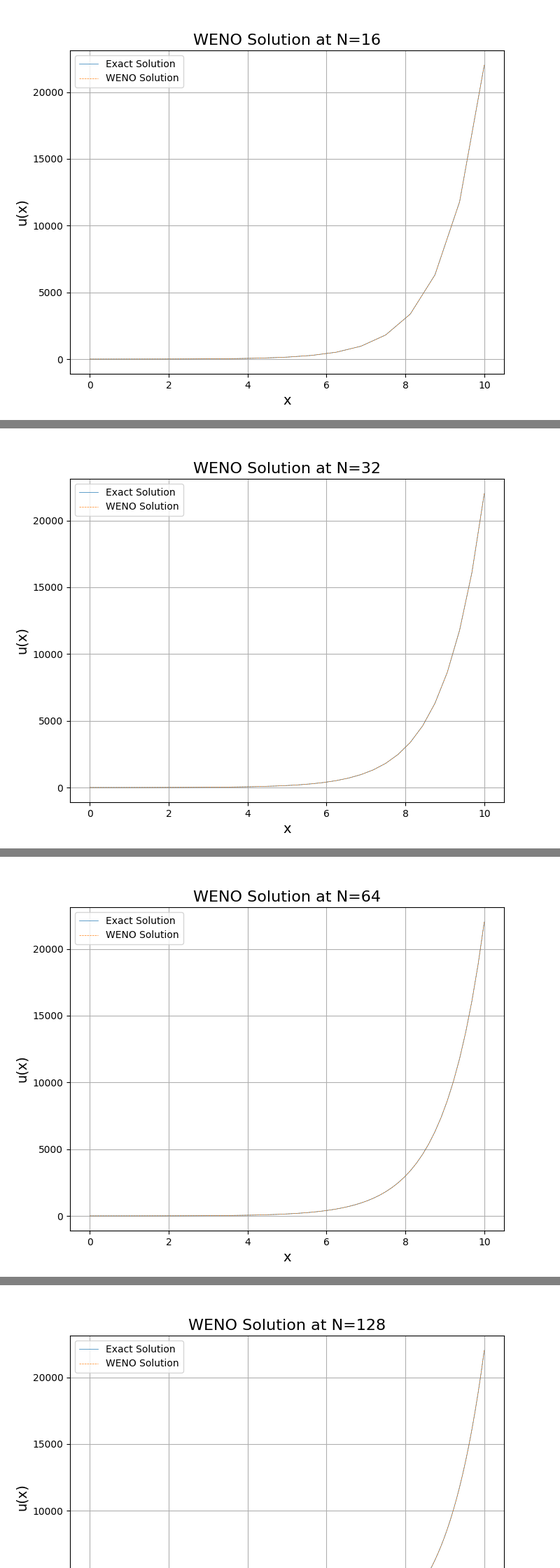
Repository: mishiroo/WENO
Script's output: python main.py
These files come from the project's save history. The script's output is drawn as it stood at one moment and after the next save; the edit follows.
The pictures show rows 0 to 2240 of an output 3048 px tall, at 70% of full size.
Each picture stacks the figures in order, with grey between them; figures that are only written to a file come last. Random numbers start from a fixed seed.

Above is the script's output before, as saved 2024-12-12 21:17:32.

### main.py
import WENO
import ErrorAnalysis as EA
import numpy as np

# 计算误差阶
# N: Num of cells 网格密度太大 机器误差会影响收敛
NList = [16, 32, 64, 128, 256]
# 存储计算结果
l2_err_list = []
linf_err_list = []
solution_list = []

for n in NList:
    mesh = WENO.Mesh(0, 10, n)  # 实例化的Mesh mesh.mesh访问网格本身
    mesh.SetTestAverageValues()
    theo_values = np.exp(mesh.mesh)
    weno = WENO.WENO1D(mesh=mesh.mesh, avg_values=mesh.avg_values, k=3)

    # weno5_solution = weno.Reconstruct()
    # 模板为5的计算结果
    # weno5_solution = weno.StencilReconstruct_all()
    weno.Reconstruct()
    # 处理边界条件
    weno.BoundaryTreatment(theo_values)
    weno5_solution = weno._solution

    # 统计误差
    linf_err_list.append(EA.LinfError(theo_values, weno5_solution))
    l2_err_list.append(EA.L2Error(theo_values, weno5_solution))
    solution_list.append(weno5_solution)
    # 绘图
    EA.Draw(mesh.mesh, theo_values, weno5_solution)

# np.save("k=5加权结果.npy", solution_list[0])

EA.SaveError("WENO5Error.xlsx", NList, l2_err_list, linf_err_list)

### WENO.py
import tqdm
import numpy as np
from typing import List


# 1D dimension
class WENO1D:

    def __init__(self, mesh: np.ndarray, avg_values: np.ndarray, k: int = 5) -> None:
        """初始化WENO类

        Args:
            mesh (np.ndarray): 网格剖分[lb,...ub]
            avg_values (np.ndarray): 网格剖分[lb,...ub]
            k (int, optional): 模板长度. Defaults to 3.
            Supported k=1, 2, 3, 5
        """
        assert np.size(mesh) - 1 == np.size(
            avg_values
        ), "len(mesh) == len(avg_values) + 1"
        self.avg_values = avg_values
        self.mesh = mesh

        self.order = 2 * k - 1
        self.lb = mesh[0]
        self.ub = mesh[-1]
        self.N = len(mesh) - 1  # Num of cells
        self.k = k  # Num of stencils

        self._solution = np.zeros(self.N + 1)  # 存储WENO重构结果
        self.stencil_solution = np.zeros(self.N + 1)  # 存储模板重构结果

        # 查表得到模板组合线性权
        if self.order == 1:
            self.weights_d = [1]
        elif self.order == 3:
            self.weights_d = [2 / 3, 1 / 3]
        elif self.order == 5:
            self.weights_d = [1 / 10, 3 / 5, 3 / 10]
            # 查表得到模板组合系数
            self.C = np.array(
                [
                    [1 / 3, -7 / 6, 11 / 6],
                    [-1 / 6, 5 / 6, 1 / 3],
                    [1 / 3, 5 / 6, -1 / 6],
                    [11 / 6, -7 / 6, 1 / 3],
                ]
            )
        elif self.order == 9:
            # 直接得到五阶模板 加权可以得到九阶模板
            self.weights_d = np.array([0, 0, 1, 0, 0])  # 书上没有对应权重 取中间的权重
            self.C = np.array(
                [
                    [1 / 5, -21 / 20, 137 / 60, -163 / 60, 137 / 60],
                    [-1 / 20, 17 / 60, -43 / 60, 77 / 60, 1 / 5],
                    [1 / 30, -13 / 60, 47 / 60, 9 / 20, -1 / 20],
                    [-1 / 20, 9 / 20, 47 / 60, -13 / 60, 1 / 30],
                    [1 / 5, 77 / 60, -43 / 60, 17 / 60, -1 / 20],
                    [137 / 60, -163 / 60, 137 / 60, -21 / 20, 1 / 5],
                ]
            )
        else:
            raise ValueError(
                "k must be 1, 2 or 3, 5(测试五阶算法用)"
            )  # 其他阶的系数论文没给，先不写

        self.PrintInfo()

    def PrintInfo(self):
        print(
            f"lb = {self.lb}, ub = {self.ub}, Stencil length = {self.k}, WENO order = {self.order} "
        )
        print(f"Num of cells = {self.N}, Num of Nodes = {self.N + 1} \n")

    def StencilReconstruct(self, index: int) -> List[float]:
        """根据模板进行重构 精度为k阶

        Args:
            index (int): 计算节点的位置索引

        Returns:
            List[float]: 不同模板上的重构结果
        """
        stencil_index = index - 1
        stencil_recons = np.zeros(self.k)  # 存储不同模板重构结果的值
        if stencil_index - self.k + 1 >= 0 and stencil_index + self.k - 1 <= self.N - 1:
            for i in range(self.k):
                stencil_recons[i] = np.inner(
                    self.C[i],
                    self.avg_values[
                        stencil_index - self.k + 1 + i : stencil_index + i + 1
                    ],
                )

        elif stencil_index - self.k + 1 < 0:
            for i in range(self.k):
                stencil_recons[i] = np.inner(
                    self.C[-1],
                    self.avg_values[stencil_index + 1 : stencil_index + self.k + 1],
                )

        elif stencil_index + self.k - 1 > self.N - 1:
            for i in range(self.k):
                stencil_recons[i] = np.inner(
                    self.C[0],
                    self.avg_values[stencil_index - self.k + 1 : stencil_index + 1],
                )
        return stencil_recons

    def SmoothIndicators(self, index: int) -> np.ndarray:
        """计算指示器

        Args:
            index (int): 索引

        Returns:
            np.ndarray: 平滑指示函数
        """
        assert self.k == 2 or self.k == 3, "SmoothIndicators only support k=3 NOW!"
        # 处理非法值
        if index < self.k - 1 or index > self.N - self.k:
            return self.weights_d
        else:
            if self.k == 2:
                beta0 = self.avg_values[index + 1] - self.avg_values[index]
                beta1 = self.avg_values[index] - self.avg_values[index - 1]
                return [beta0, beta1]
            elif self.k == 3:
                beta0 = (
                    13
                    / 12
                    * (
                        self.avg_values[index + 1]
                        - 2 * self.avg_values[index + 1]
                        + self.avg_values[index + 2]
                    )
                    ** 2
                )
                +1 / 4 * (
                    3 * self.avg_values[index]
                    - 4 * self.avg_values[index + 2]
                    + self.avg_values[index + 2]
                ) ** 2
                beta1 = (
                    13
                    / 12
                    * (
                        self.avg_values[index - 1]
                        - 2 * self.avg_values[index]
                        + self.avg_values[index + 1]
                    )
                    ** 2
                )
                +1 / 4 * (self.avg_values[index - 1] - self.avg_values[index + 1]) ** 2
                beta2 = (
                    13
                    / 12
                    * (
                        self.avg_values[index - 2]
                        - 2 * self.avg_values[index - 1]
                        + self.avg_values[index]
                    )
                    ** 2
                )
                +1 / 4 * (
                    3 * self.avg_values[index]
                    - 4 * self.avg_values[index - 1]
                    + self.avg_values[index - 2]
                ) ** 2
            return [beta0, beta1, beta2]

    def FormWeights(self, index: int, eps=1e-6) -> np.ndarray:
        """计算归一化权重

        Args:
            index (int): 索引

        Returns:
            np.ndarray: 权重
        """
        alpha = np.zeros(self.k)
        beta = self.SmoothIndicators(index)
        for i in range(self.k):
            alpha[i] = self.weights_d[i] / (eps + beta[i]) ** 2
        return alpha / np.sum(alpha)

    def NodeReconstruct(self, index: int, eps=1e-6) -> float:
        """WENO加权后的重构 精度为2k-1阶 针对节点进行重构

            返回指定索引的WENO重构结果

        Args:
            index (int): 索引
            eps (_type_, optional): eps参数. Defaults to 1e-6.

        Returns:
            float: 插值结果
        """
        weights = self.FormWeights(index, eps=eps)
        return np.inner(self.weights_d, self.StencilReconstruct(index))

    def Reconstruct(self, eps=1e-6):
        """WENO加权后的重构 精度为2k-1阶 针对区间进行重构

            返回区间上每个节点的WENO重构结果

        Args:
            eps (_type_, optional): eps参数. Defaults to 1e-6.
        """
        for i in tqdm.tqdm(range(self.N + 1)):
            self._solution[i] = self.NodeReconstruct(i, eps=eps)
        return self._solution

    def StencilReconstruct_all(self) -> np.ndarray:
        """精度为2k-1阶 调用StencilReconstruct 针对区间进行重构

            返回区间所有节点使用模板重构结果(收敛阶为模板长度)

        Returns:
            np.ndarray: 重构结果
        """
        for i in range(self.N + 1):
            self.stencil_solution[i] = np.inner(
                self.weights_d, self.StencilReconstruct(i)
            )
        return self.stencil_solution

    def BoundaryTreatment(self, theo_values: np.ndarray) -> None:
        """边界处理: 把遇到的不完整模板计算结果全部用精确值代替

        Args:
            theo_values (np.ndarray): 理论值
        """
        for i in range(self.k):
            # 前k个点
            self._solution[i] = theo_values[i]
            # 后k个点
            self._solution[self.N - i] = theo_values[self.N - i]


class Mesh:
    def __init__(self, lb: float, ub: float, N: int) -> None:
        """初始化网格

        Args:
            lb (float): 左边界
            ub (float): 右边界
            N (int): cells数量
        """
        self.lb = lb
        self.ub = ub
        self.N = N
        self.mesh = np.linspace(lb, ub, N + 1)
        self.avg_values = np.zeros(N)  # Initialize avg_values

    def BindAverageValues(self, avg_values: List[float]) -> None:
        """绑定平均值

        Args:
            avg_values (List[float]): 平均值
        """
        assert len(avg_values) == self.N, "avg_values length must be N"
        self.avg_values = avg_values

    def SetTestAverageValues(self):
        """测试用例
        func = e^x
        设置精确的单元格积分均值
        """
        for i in range(self.N):
            integrate = np.exp(self.mesh[i + 1]) - np.exp(self.mesh[i])
            self.avg_values[i] = integrate / (self.mesh[i + 1] - self.mesh[i])

### ErrorAnalysis.py
# 分析计算结果的收敛阶 绘制计算效果图
import numpy as np
import pandas as pd
from typing import List
from matplotlib import pyplot as plt


def AccuracyOrder(N1: int, N2: int, Error1: int, Error2: int) -> float:
    """给定两组剖分和计算结果，计算收敛阶

    Args:
        N1 (int): 第一次剖分的网格数
        N2 (int): 第二次剖分的网格数
        Error1 (int): 第一次剖分的误差
        Error2 (int): 第二次剖分的误差

    Returns:
        float: 收敛阶
    """
    return np.log(Error1 / Error2) / np.log(N2 / N1)


def AccuracyOrders(NList: List[int], ErrorList: List[float]) -> np.ndarray:
    """对两组及以上剖分结果进行收敛阶分析 返回长度为len(NList)第一个元素为None的收敛阶数组
    输入参数是Num of cells
    Args:
        NList (List[int]): 网格剖分参数列表
        ErrorList (List[float]): 误差结果列表

    Returns:
        np.ndarray: 收敛阶列表
    """
    assert len(NList) == len(
        ErrorList
    ), f"length of NList and ErrorList must be equal, but {len(NList)} and {len(ErrorList)} are given"
    orderList = np.zeros(len(NList))
    orderList[0] = None
    for i in range(1, len(NList)):
        orderList[i] = AccuracyOrder(
            NList[i], NList[i - 1], ErrorList[i], ErrorList[i - 1]
        )
    return orderList


def AccuracyOrders_h(hList: List[float], ErrorList: List[float]) -> np.ndarray:
    """对两组及以上剖分结果进行收敛阶分析 返回长度为len(hList)第一个元素为None的收敛阶数组
    输入参数是剖分长度
    Args:
        hList (List[int]): 网格剖分长度列表
        ErrorList (List[float]): 误差结果列表

    Returns:
        np.ndarray: 收敛阶列表
    """
    N = [int(1/h) for h in hList]
    return AccuracyOrders(N, ErrorList)


def SaveError(
    fn: str, NList: List[int], L2ErrorList: List[float], LinfErrorList: List[float]
) -> None:
    """保存误差结果

    Args:
        fn (str): 保存文件名
        NList (List[int]): 网格剖分参数列表
        ErrorList (List[float]): 误差结果列表
    """
    ac_orders_l2 = AccuracyOrders(NList, L2ErrorList)
    ac_orders_linf = AccuracyOrders(NList, LinfErrorList)
    # 保存计算结果
    data = {
        "N": NList,
        "L2Error": L2ErrorList,
        "L2Order": ac_orders_l2,
        "LInfError": LinfErrorList,
        "LInfOrder": ac_orders_linf,
    }
    df = pd.DataFrame(data)
    df.to_excel(fn, index=False)
    # 打印误差
    print(f"l2 err accuracy order: {ac_orders_l2}")
    print(f"linf err accuracy order: {ac_orders_linf}")


def L2Error(analytical: List[float], numerical: List[float]) -> float:
    """计算L2误差

    Args:
        analytical (List[float]): 解析解
        numerical (List[float]): 数值解

    Returns:
        float: L2误差
    """
    return np.sqrt(np.sum([(a - n) ** 2 for a, n in zip(analytical, numerical)]))


def LinfError(analytical: List[float], numerical: List[float]) -> float:
    """计算Linf误差

    Args:
        analytical (List[float]): 解析解
        numerical (List[float]): 数值解

    Returns:
        float: Linf误差
    """
    return max([abs(a - n) for a, n in zip(analytical, numerical)])


def Draw(
    mesh: np.ndarray,
    theo_values: np.ndarray,
    weno_values: np.ndarray,
    show=False,
    fn: str = None,
):
    """只绘制剖分为N的精确值与数值解对比图

    Args:
        mesh (np.ndarray): 剖分网格
        theo_values (np.ndarray): 理论值
        weno_values (np.ndarray): WENO求解结果
        show(Bool, optional): 是否显示图形. Defaults to False.
        fn (str, optional): 保存文件名. Defaults to None.
    """
    N = mesh.size - 1
    # 创建图形
    plt.figure(figsize=(8, 6))

    # 绘制理论值
    plt.plot(
        mesh,
        theo_values,
        label="Exact Solution",
        linestyle="-",
        linewidth=0.5,
    )
    # 绘制WENO数值解
    plt.plot(
        mesh,
        weno_values,
        label="WENO Solution",
        linestyle="--",
        linewidth=0.5,
    )
    # 设置标题和标签

    plt.title(f"WENO Solution at N={N}", fontsize=16)
    plt.xlabel("x", fontsize=14)
    plt.ylabel("u(x)", fontsize=14)

    # 显示图例
    plt.legend()

    # 显示网格
    plt.grid(True)
    if fn is not None:
        plt.savefig(f"figures/{fn}.png")
    else:
        plt.savefig(f"figures/WENO5-N={N}.png")
    # 展示图形
    if show:
        plt.show()

After the next save:
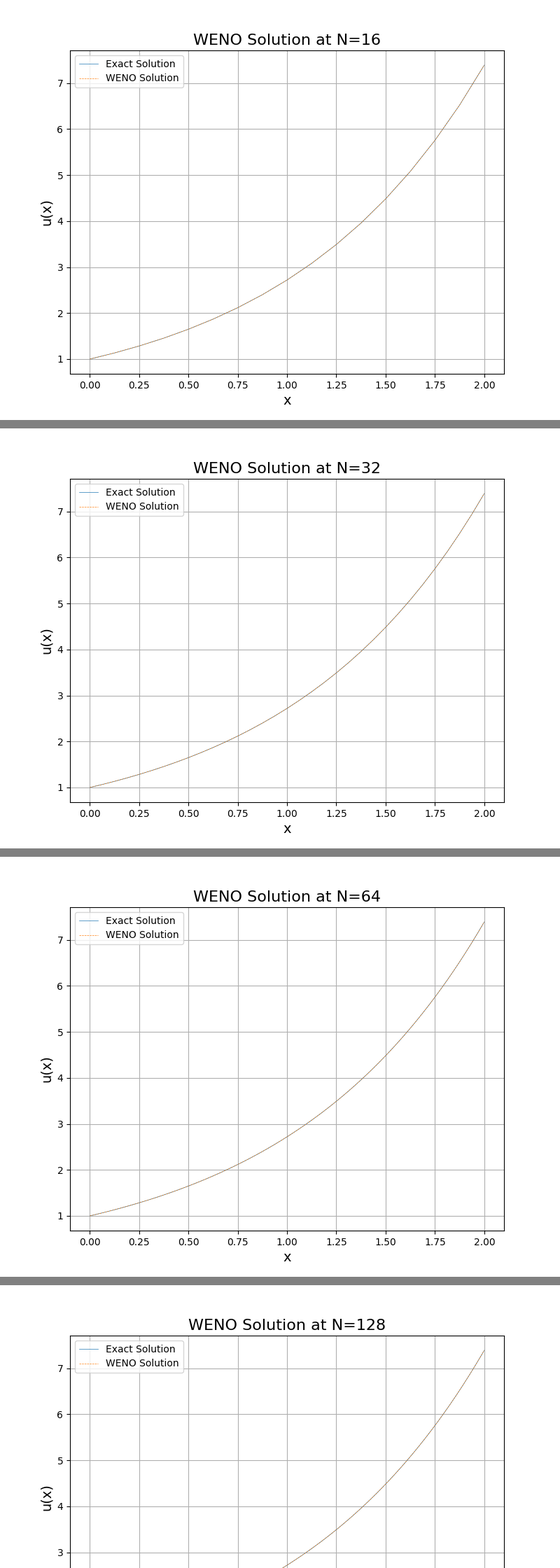
Saved 16 s later.
--- a/main.py
+++ b/main.py
@@ -11,7 +11,7 @@ linf_err_list = []
 solution_list = []
 
 for n in NList:
-    mesh = WENO.Mesh(0, 10, n)  # 实例化的Mesh mesh.mesh访问网格本身
+    mesh = WENO.Mesh(0, 2, n)  # 实例化的Mesh mesh.mesh访问网格本身
     mesh.SetTestAverageValues()
     theo_values = np.exp(mesh.mesh)
     weno = WENO.WENO1D(mesh=mesh.mesh, avg_values=mesh.avg_values, k=3)
